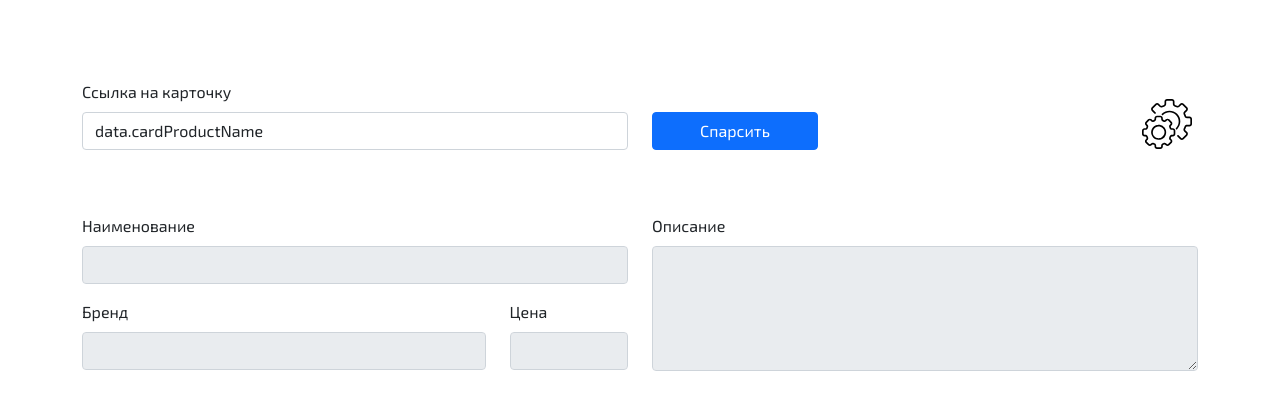
Repository: yozuul/wildberries-product-card-parser-api-exchange
Page: public/panel.html
These files come from the project's save history. The page is drawn as it stood at one moment and after the next save; the edit follows.
The browser window is 1280 px wide. The pictures show the whole page.

Above is the page before, as saved 2021-08-22 17:48:50.

### public/panel.html
<!DOCTYPE html>
<html lang="en">

<head>
   <meta charset="UTF-8">
   <meta http-equiv="X-UA-Compatible" content="IE=edge">
   <meta name="viewport" content="width=device-width, initial-scale=1.0">
   <title>Document</title>
   <link href="https://cdn.jsdelivr.net/npm/bootstrap@5.1.0/dist/css/bootstrap.min.css" rel="stylesheet"
      integrity="sha384-KyZXEAg3QhqLMpG8r+8fhAXLRk2vvoC2f3B09zVXn8CA5QIVfZOJ3BCsw2P0p/We" crossorigin="anonymous">
   <link rel="stylesheet" href="style.css">
</head>

<body>
   <div class="sidebar">
      <!-- <button type="button" class="btn_my mt-2" data-bs-toggle="modal" data-bs-target="#users"><img
            src="images/users.svg" width="50" height="50">
      </button> -->
   </div>
   <div class="modal fade" id="settings" tabindex="-1" aria-labelledby="settingsLabel" aria-hidden="true">
      <div class="modal-dialog">
         <div class="modal-content">
            <div class="modal-header">
               <h5 class="modal-title" id="settingsLabel">Токен API</h5>
               <button type="button" class="btn-close" data-bs-dismiss="modal" aria-label="Закрыть"></button>
            </div>
            <div class="modal-body">
               <form>
                  <div class="mb-3">
                     <textarea type="text" class="form-control" id="token">eyJhbGciOiJIUzI1NiIsInR5cCI6IkpXVCJ9.eyJhY2Nlc3NJRCI6IjU1YzNkMzE2LTExMzYtNGMwYi04MmY5LTY2NTMzZDMzZTNiMyJ9.r1vgQ-uEi4mcr1wizeFSqBRZazao4H34TLrjs3Msch8</textarea>
                  </div>
                  <div>
                     Можно сгенерировать в личном кабинете.<br/>Мой профиль => <a href="https://seller.wildberries.ru/supplier-settings/access-to-new-api">Доступ к новому API</a>
                  </div>
               </form>
            </div>
            <div class="modal-footer">
               <button type="button" class="btn btn-secondary" data-bs-dismiss="modal">Закрыть</button>
               <button type="button" class="btn btn-primary" id="saveToken">Сохранить</button>
            </div>
         </div>
      </div>
   </div>
   <div class="container">
      <div class="row align-items-end">
         <div class="mb-3 col-6">
            <label for="cardProductURL" class="form-label">Ссылка на карточку</label>
            <input type="text" class="form-control" id="cardProductURL"
               value="data.cardProductName">
         </div>
         <div class="col-2 mb-3">
            <button id="parseCard" class="btn btn-primary col-12">
               <span id="parseCard_inactive">Спарсить</span>
               <div id="parseCard_active" class="spinner dn">
                  <span class="sr-only">Парсим</span>
                  <span class="spinner-grow spinner-grow-sm" role="status" aria-hidden="true"></span>
               </div>
            </button>
         </div>
         <div class="col-2 mb-3">
            <button id="saveCard" class="btn btn-success col-12 dn">
               <span id="saveCard_inactive">Добавить</span>
               <div id="saveCard_active" class="spinner dn">
                  <span class="sr-only">Добавляем</span>
                  <span class="spinner-grow spinner-grow-sm" role="status" aria-hidden="true"></span>
               </div>
            </button>
         </div>
         <div class="col-2 mb-3 d-flex justify-content-end">
            <button type="button" class="btn_my mb-6" data-bs-toggle="modal" data-bs-target="#settings"><img
               src="images/settings.svg" width="50" height="50">
         </button>
         </div>
      </div>
   </div>
   <form class="container mt-5">
      <div class="row">
         <div class="col">
            <div class="mb-3">
               <label for="productName" class="form-label">Наименование</label>
               <input type="text" class="form-control" id="productName" readonly>
            </div>
            <div id="productExtras_wrapper" class="row dn">
               <div class="col-12  mb-3">
                  <label for="productCategory" class="form-label">Категория</label>
                  <select id="productCategory" class="form-select"></select>
               </div>
               <div class="col-12  mb-3">
                  <label for="productTnved" class="form-label">ТНВЭД</label>
                  <select id="productTnved" class="form-select"></select>
               </div>
            </div>
            <div class="row mb-3">
               <div class="col-9">
                  <label for="productBrand" class="form-label">Бренд</label>
                  <input type="text" class="form-control" id="productBrand" readonly>
               </div>
               <div class="col-3">
                  <label for="productTnved" class="form-label">Цена</label>
                  <input type="text" class="form-control" id="productPrice" readonly>
               </div>
            </div>
            <div id="productImages_wrapper" class="mb-3 dn">
               <label for="productImages" class="form-label">Изображения</label>
               <div id="productImages" class="row"></div>
            </div>
         </div>
         <div class="col">
            <div id="productConsist_wrapper" class="mb-3 dn">
               <label for="productConsist" class="form-label">Состав</label>
               <input type="text" class="form-control" id="productConsist">
            </div>
            <div class="mb-3">
               <label for="cardProductDesc" class="form-label">Описание</label>
               <textarea type="text" class="form-control" id="cardProductDesc" readonly></textarea>
            </div>
            <div id="productColor_wrapper" class="mb-3 dn">
               <label for="productColor" class="form-label">Цвет</label>
               <input type="text" class="form-control" id="productColor">
            </div>
            <div id="productParams_wrapper" class="mb-3 dn">
               <label class="form-label">Характеристики</label>
               <table id="productParams_table"></table>
            </div>
         </div>
      </div>
   </form>

   <!-- <div class="toast" role="alert" aria-live="assertive" aria-atomic="true">
      <div class="toast-header">
        <img src="..." class="rounded mr-2" alt="...">
        <strong class="mr-auto">Bootstrap</strong>
        <small>11 mins ago</small>
        <button type="button" class="ml-2 mb-1 close" data-dismiss="toast" aria-label="Close">
          <span aria-hidden="true">&times;</span>
        </button>
      </div>
      <div class="toast-body">
        Hello, world! This is a toast message.
      </div>
    </div> -->

    <script src="panel.js"></script>
    <script src="https://cdn.jsdelivr.net/npm/bootstrap@5.1.0/dist/js/bootstrap.bundle.min.js"
    integrity="sha384-U1DAWAznBHeqEIlVSCgzq+c9gqGAJn5c/t99JyeKa9xxaYpSvHU5awsuZVVFIhvj" crossorigin="anonymous">
   </script>
</body>

</html>

### public/style.css
@import url('https://fonts.googleapis.com/css2?family=Exo+2&display=swap');

* {
   font-family: 'Exo 2', sans-serif;
}

body {
   padding: 0;
   margin: 0;
   padding-bottom: 80px;
   padding-top: 80px;
}
.dn {
   display: none;
}
.parser_form_wrapper {
   margin-top: 50px;
}
#cardProductDesc {
   height: 125px;
}
#cardProductDesc.max_height_desc {
   height: 210px;
}
/* .imageItem {
   max-width: 100px;
   margin-right: 5px;
} */
.imageItem img {
   max-width: 100%;
   height: auto;
   margin-bottom: 20px;
}
#productParams_table th {
   width: 60%;
   /* text-align: right;
   padding-right: 40px; */
}
#productParams_table td {
   width: 40%;
}
/* .productImages {
   display: flex;
} */
.btn_my {
   background: none;
   border: none;
   outline: none;
}
.sidebar {
   width: 60px;
   position: fixed;
   top: 90px;
   left: 10px;
}
#token {
   height: 90px;
   resize: none;
}
/* .productFormWrapper, .parseFormWrapper {
   max-width: 1200px;
   margin: auto;
   padding-top: 25px;
   padding-bottom: 25px;
}
.parseFormWrapper {
   border-bottom: 1px dotted #9999;
}
.productFormWrapper {
   display: flex;
}
.productFormWrapperLeft {
   margin-right: 50px;
}
.parseForm {
   display: flex;
   flex-wrap: wrap;
   max-width: 550px;
}
.parseForm input {
   width: 550px;
   margin-bottom: 20px;
}
.productForm {
}
.productForm input, .productForm textarea {
   width: 550px;
}
.productForm textarea {
   height: 100px;
   resize: none;
}
.parseFormWrapper p, .productFormWrapper p {
   margin-bottom: 8px;
   margin-top: 0;
}
.inputWrapper {
   margin-bottom: 15px;
} */

### public/panel.js
const query = (el) => document.querySelector(el)
const queryAll = (el) => document.querySelectorAll(el)

class Panel {
   constructor(api, button, element, input) {
      this.api = api
      this.button = button
      this.element = element
      this.input = input
   }

   waitParse() {
      this.parseButtonControl()
      this.addProductButtonControl()
   }

   addProductButtonControl() {
      this.button.saveCard.onclick = async () => {
         const updatedFields = this.getUpdatedFields()
         const objectData = this.prepareObjectData(this.parseData, updatedFields)
         const addCard = await this.apiFetch(this.api.addCard, objectData)
         console.log(objectData);
      }
   }

   prepareObjectData(parseData, updatedFields) {

      const params = parseData.details.params
      const cardData = {
         params: {
            card: [{
               countryProduction: params['Страна производства'],
               supplierVendorCode: parseData.extras.supplierVendorCode,
               object: parseData.cardProductName,
               addin: [{
                     type: 'Состав',
                     params: [{
                        value: 'Хлопок',
                        count: 80
                     }]
                  },
                  {
                     type: 'Тнвэд',
                     params: [{
                        value: updatedFields.productTnved.split('--')[0]
                     }]
                  },
                  {
                     type: 'Бренд',
                     params: [{
                        value: updatedFields.cardProductBrand
                     }]
                  },
                  {
                     type: 'Комплектация',
                     params: [{
                        value: params['Комплектация']
                     }]
                  },
                  {
                     type: 'Пол',
                     params: [{
                        value: params['Пол']
                     }]
                  },
                  {
                     type: 'Описание',
                     params: [{
                        value: updatedFields.cardProductDesc
                     }]
                  },
                  {
                     type: 'Ключевые слова',
                     params: [{
                        value: 'Худи'
                     }]
                  }
               ],
               nomenclatures: [{
                  vendorCode: Math.floor(Math.random() * 1000000000),
                  variations: [{
                     barcode: parseData.extras.barcode,
                     addin: [{
                           type: 'Розничная цена',
                           params: [{
                              count: parseInt(updatedFields.cardProductPrice)
                           }]
                        },
                        {
                           type: 'Размер',
                           params: [{
                              value: "56"
                           }]
                        },
                        {
                           type: 'Рос. размер',
                           params: [{
                              value: "56"
                           }]
                        }
                     ]
                  }],
                  addin: [{
                        type: "Основной цвет",
                        params: [{
                           value: updatedFields.productColor
                        }]
                     },
                     {
                        type: "Фото",
                        params: []
                     }
                  ]
               }]
            }]
         },
         // jsonrpc: "2.0",
         id: parseData.extras.uuid
      }

      // console.log(cardData);
        return cardData
   }

   getUpdatedFields() {
      const category =  select.productCategory
      let activeCategory = 'nocat'
      if(category.options[category.selectedIndex]) {
         activeCategory = category.options[category.selectedIndex].text
      }

      const tnved =  select.productTnved
      let activeTnved = 'notnved'
      if(tnved.options[category.selectedIndex]) {
         activeTnved = tnved.options[category.selectedIndex].text
      }

      const fields = {
         cardProductName: input.cardProductName.value,
         productCategory: activeCategory,
         productTnved: activeTnved,
         cardProductBrand: input.cardProductBrand.value,
         cardProductPrice: input.cardProductPrice.value,
         productConsist: input.productConsist.value,
         cardProductDesc: textarea.cardProductDesc.value,
         productColor: input.productColor.value
      }

      return fields
   }

   parseButtonControl() {
      this.button.parseCard.onclick = async () => {
         this.cleanHideDynamicBlocks()
         this.toggleSpinner('on')
         // Получение данных
         let parseData = await this.apiFetch(this.api.parseCard, {data: input.cardProductURL.value})
         // console.log(parseData);
         parseData.extras = await this.apiFetch(this.api.getAdditionalCardData, parseData)
         this.parseData = parseData
         this.passDataToFields(parseData)
      }
   }

   passDataToFields(data) {
      // Основные данные товара
      const commonDataFields = {
         cardProductName: input.cardProductName,
         cardProductBrand: input.cardProductBrand,
         cardProductPrice: input.cardProductPrice
      }
      for(let input in commonDataFields) {
         commonDataFields[input].removeAttribute('readonly')
         commonDataFields[input].value = data[input]
      }

      // Изображения
      if(data.cardProductImages) {
         this.element.productImages_wrapper.classList.remove('dn')
         data.cardProductImages.reverse()
         const imagesBlock = query('#productImages')
         let imgNum = 0
         for(let image of data.cardProductImages) {
            const divTag = `<div class='col-3 imageItem'><img src="${image}"></div>`
            imagesBlock.insertAdjacentHTML('afterbegin', divTag)
            imgNum++
         }
      }
      // Состав
      const detailConsist = data.details.consist
      if(detailConsist) {
         element.productConsist_wrapper.classList.remove('dn')
         input.productConsist.value = detailConsist
      } else {
         element.productConsist_wrapper.classList.add('dn')
      }
      // Описание
      const detailDesc = data.details.desc
      if(detailDesc) {
         textarea.cardProductDesc.removeAttribute('readonly')
         textarea.cardProductDesc.classList.add('max_height_desc')
         textarea.cardProductDesc.value = detailDesc
      }
      // Цвет
      const productColor = data.cardProductColor
      if(productColor) {
         element.productColor_wrapper.classList.remove('dn')
         input.productColor.value = productColor
      } else {
         element.productColor_wrapper.classList.add('dn')
      }
      // Характеристики
      const detailParams = data.details.params
      if(detailParams) {
         element.productParams_wrapper.classList.remove('dn')

         for(let name in detailParams) {
            const paramRow = `<tr><th>${name}</th><td>${detailParams[name]}</td></tr>`
            element.productParams_table.insertAdjacentHTML('afterbegin', paramRow)
         }
      } else {
         element.productParams_wrapper.classList.add('dn')
      }
      // Категория
      const direcoryList = data.extras.direcoryList
      if(direcoryList) {
         let num = 1
         for(let direcory in direcoryList) {
            const dirOptionRow = `<option value="${num}">${direcory}</option>`
            select.productCategory.insertAdjacentHTML('afterbegin', dirOptionRow)
            num++
         }
         element.productExtras.classList.remove('dn')
      }
      // ТВЭНД
      const tvendList = data.extras.tnvedList
      if(tvendList) {
         let num = 1
         for(let tvend of tvendList) {
            const tvendOptionRow = `<option value="${num}">${tvend.tnvedCode}${tvend.description}</option>`
            select.productTnved.insertAdjacentHTML('afterbegin', tvendOptionRow)
            num++
         }
         element.productExtras.classList.remove('dn')
      }

      this.button.saveCard.classList.remove('dn')
      this.toggleSpinner('off')
   }

   async apiFetch(apiURL, jsonData) {
      try {
         const response = await fetch(apiURL, {
            method: 'POST',
            body: JSON.stringify(jsonData),
            headers: { 'Content-Type': 'application/json' }
         })
         return await response.json()
      } catch (error) {
         console.error('Error fetching:', error);
      }
   }

   cleanHideDynamicBlocks() {
      // Кнопка сохранения
      this.button.saveCard.classList.add('dn')
      // Блок изображений
      this.element.productImages_wrapper.classList.add('dn')
      // Блок характеристик
      this.element.productParams_wrapper.classList.add('dn')
      // Блок категорий
      this.element.productExtras.classList.add('dn')
      // Удаляем изображения и характеристики
      const cleanInside = [
         queryAll('#productImages div'),
         queryAll('#productParams_table tr'),
         queryAll('#productExtras_wrapper option')
      ]
      for(let items of cleanInside) {
         if(items.length > 0) {
            Array.from(items).map((i) => i.remove())
         }
      }
   }

   toggleSpinner(mode) {
      if(mode == 'on') {
         this.element.parseCard_inactive.classList.add('dn')
         this.button.parseCard.setAttribute('disbale', '')
         this.element.parseCard_active.classList.remove('dn')
      } else {
         this.element.parseCard_active.classList.add('dn')
         this.button.parseCard.removeAttribute('disbale')
         this.element.parseCard_inactive.classList.remove('dn')
      }
   }
}

// Запросы на внутренний API
const apiHost = 'http://localhost:3000'
const api = {
   parseCard: `${apiHost}/parseCard`,
   getAdditionalCardData: `${apiHost}/getAdditionalCardData`,
   addCard: `${apiHost}/addCard`,
}
// Поля формы
const input = {
   cardProductURL: query('#cardProductURL'),
   cardProductName: query('#productName'),
   cardProductBrand: query('#productBrand'),
   cardProductPrice: query('#productPrice'),
   productConsist: query('#productConsist'),
   productDesc: query('#productDesc'),
   productColor: query('#productColor'),
}
// Кнопки управления формой
const button = {
   parseCard: query('#parseCard'),
   saveCard: query('#saveCard'),
}
// Селекты
const select = {
   productCategory: query('#productCategory'),
   productTnved: query('#productTnved'),
}
// Интерактивные элементы
const element = {
   parseCard_inactive: query('#parseCard_inactive'),
   parseCard_active: query('#parseCard_active'),
   saveCard_inactive: query('#saveCard_inactive'),
   saveCard_active: query('#saveCard_active'),
   productExtras: query('#productExtras_wrapper'),
   productImages_wrapper: query('#productImages_wrapper'),
   productConsist_wrapper: query('#productConsist_wrapper'),
   productParams_wrapper: query('#productParams_wrapper'),
   productColor_wrapper: query('#productColor_wrapper'),
   productParams_table: query('#productParams_table'),
}
const textarea = {
   cardProductDesc: query('#cardProductDesc')
}

new Panel(api, button, element, input, select).waitParse()

After the next save:
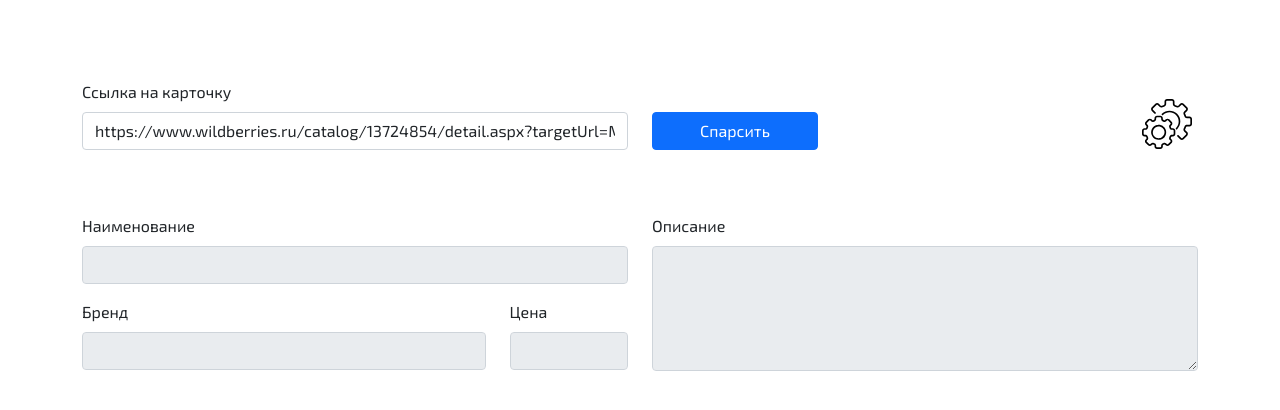
Saved 4 s later.
--- a/public/panel.html
+++ b/public/panel.html
@@ -46,7 +46,7 @@
          <div class="mb-3 col-6">
             <label for="cardProductURL" class="form-label">Ссылка на карточку</label>
             <input type="text" class="form-control" id="cardProductURL"
-               value="data.cardProductName">
+               value="https://www.wildberries.ru/catalog/13724854/detail.aspx?targetUrl=MI">
          </div>
          <div class="col-2 mb-3">
             <button id="parseCard" class="btn btn-primary col-12">
